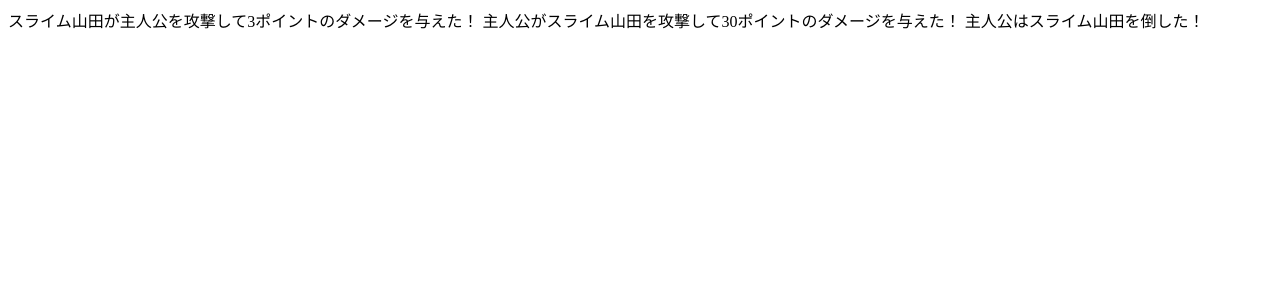
Repository: dishikawa116/monolist
Page: http://localhost/test_class.php
The author's editor kept a record of every edit. The page is drawn from the files as they stood at one moment, then again after the next edit.
The browser window is 1280 px wide. The pictures show the whole page.
The page is run by PHP 8.4 with error messages shown; the project is at /var/www/html/.

Above is the page before.

After the next edit:
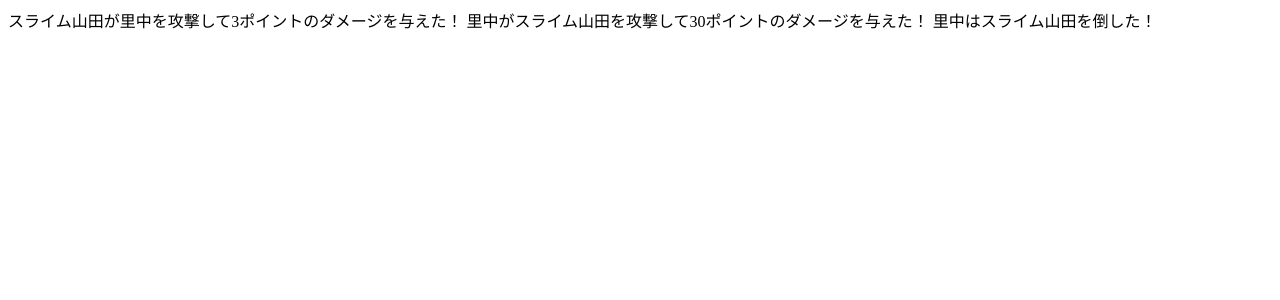
The edit:
--- a/test_class.php
+++ b/test_class.php
@@ -45,7 +45,7 @@ class Slime extends Character {
 
 class Hero extends Character {
     function __construct() {
-        parent::__construct('主人公', 1000, 30);
+        parent::__construct('里中', 1000, 30);
     }
 }
 
